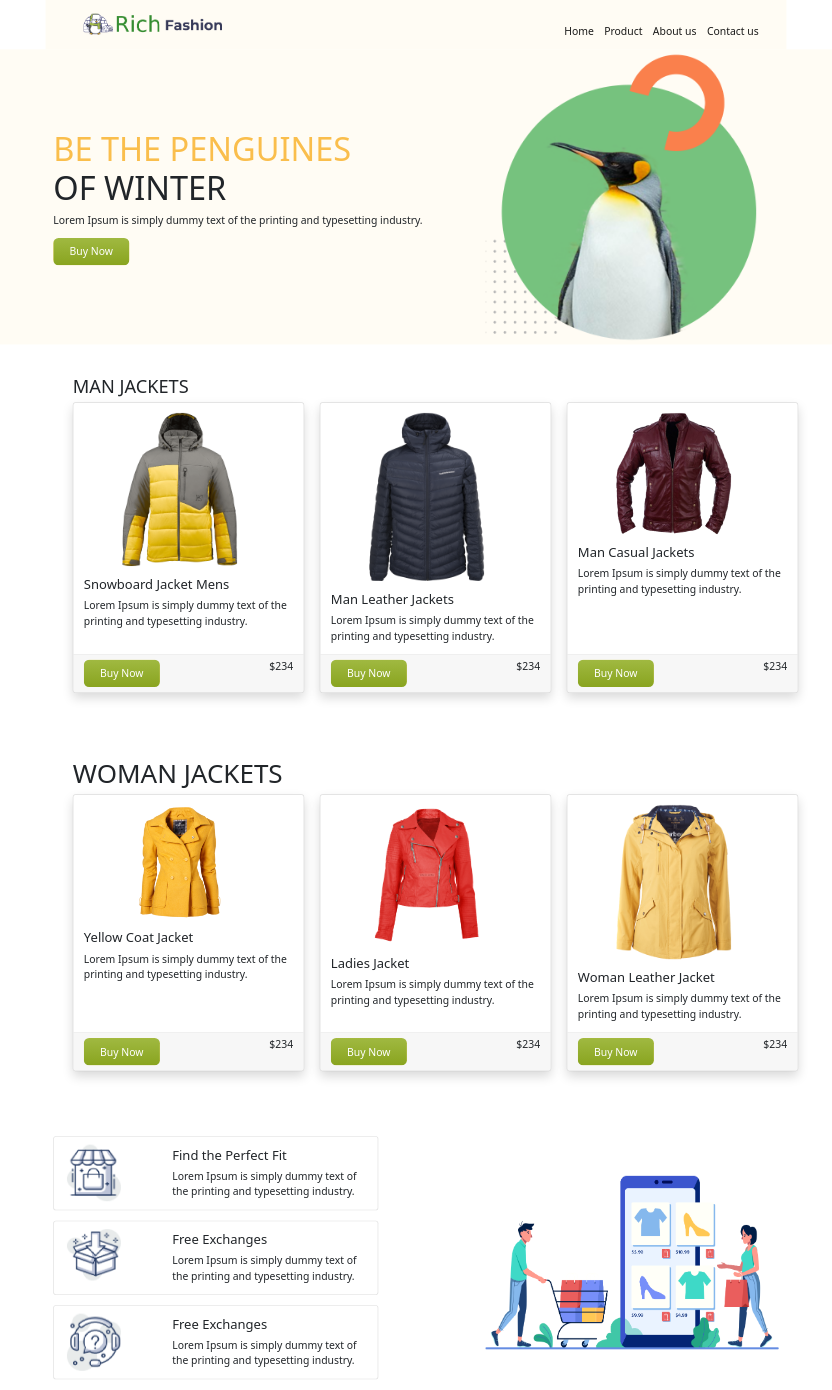
Repository: sabbircse3/fashion
Page: index.html
These files come from the project's save history. The page is drawn as it stood at one moment and after the next save; the edit follows.
The browser window is 1280 px wide. The pictures show the whole page, at 65% of full size.

Above is the page before, as saved 2021-01-14 04:14:29.

After the next save:
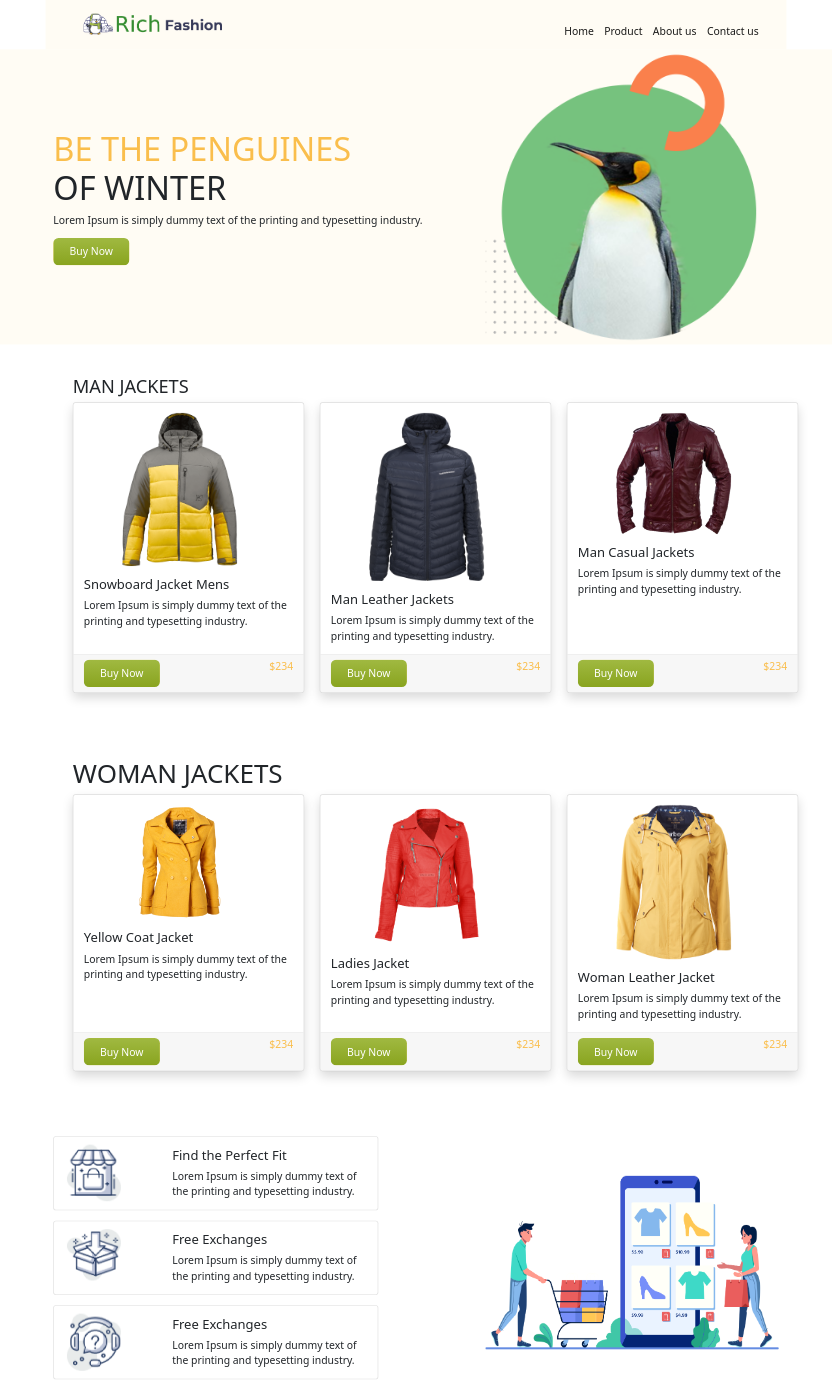
Saved 38 s later.
--- a/index.html
+++ b/index.html
@@ -74,6 +74,7 @@ h4{
     position: relative;
     float: right;
     font-size: medium;
+    color: #FABE4C;
 }
 
     </style>
